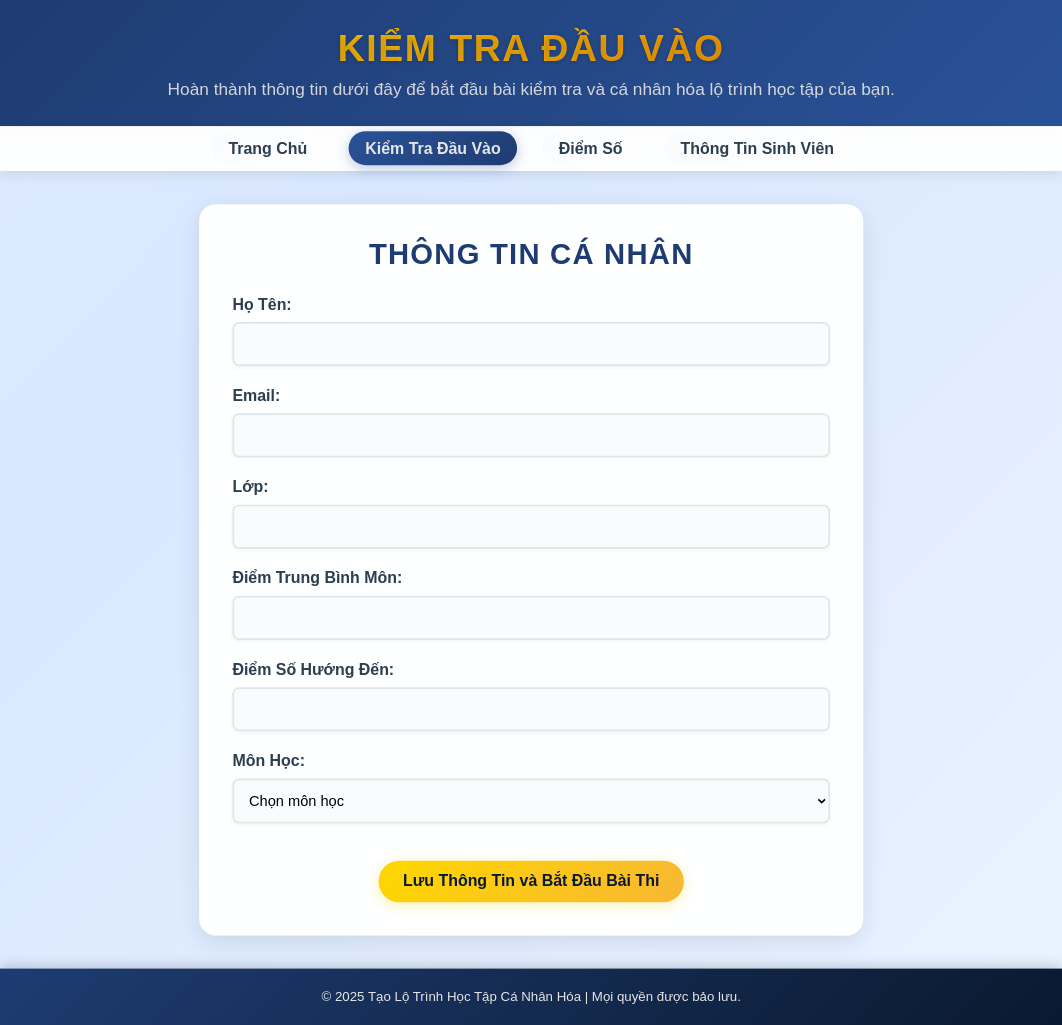
Repository: quankenda73/Prject_Final
Page: INDEX/input-test.html
An editor plug-in stored every save of this project. The page is shown before and after the next save, followed by the edit.
The browser window is 1280 px wide. The pictures show the whole page, at 83% of full size.

Above is the page before, as saved 2025-03-20 12:34:23.

After the next save:
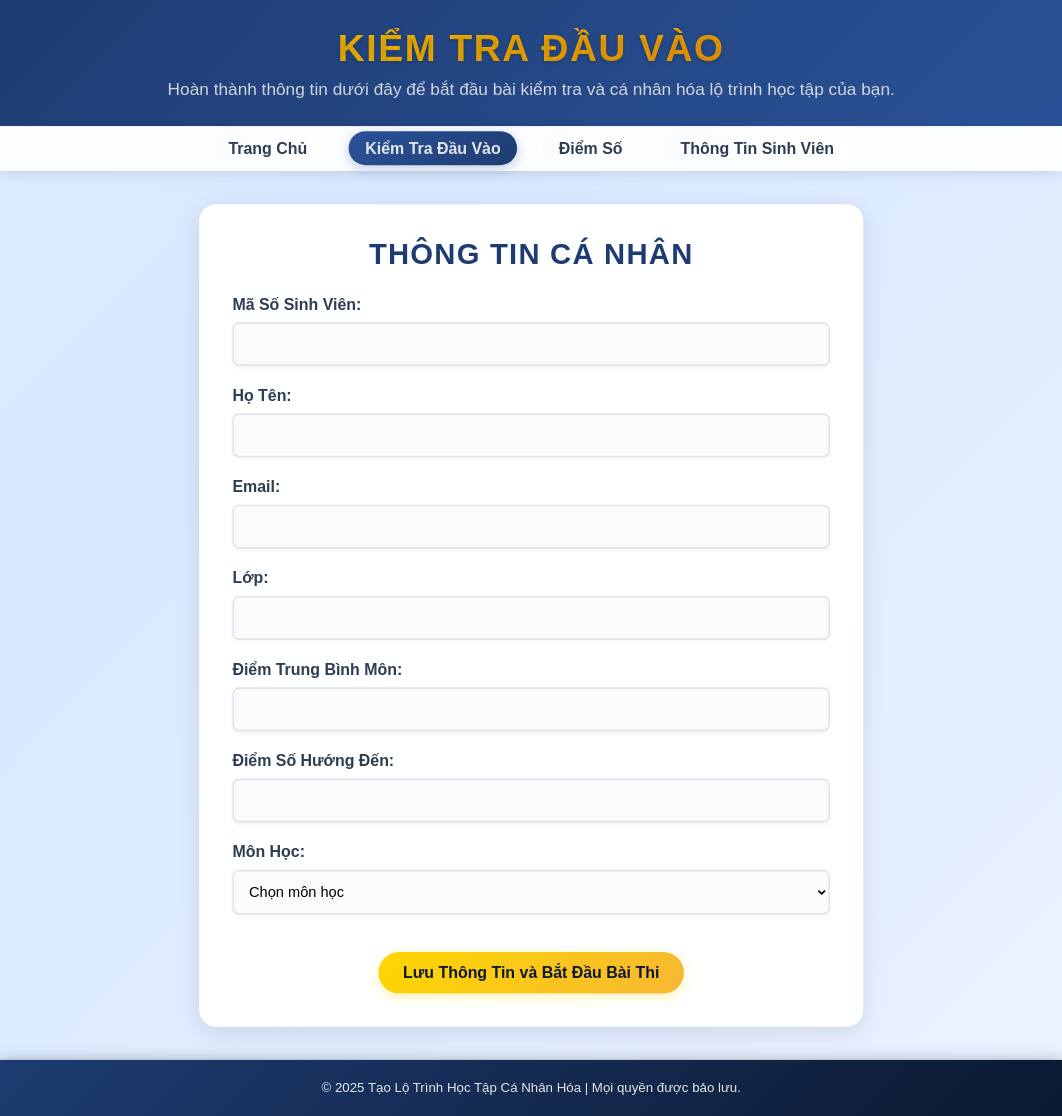
Saved 4 min 21 s later.
--- a/INDEX/input-test.html
+++ b/INDEX/input-test.html
@@ -42,7 +42,7 @@
 
 <nav>
     <ul class="nav-list">
-        <li><a href="Home_Page.html">Trang Chủ</a></li>
+        <li><a href="/home">Trang Chủ</a></li>
         <li><a href="/input-test" class="active">Kiểm Tra Đầu Vào</a></li>
         <li><a href="/diemdauvao">Điểm Số</a></li>
         <li><a href="/student-info">Thông Tin Sinh Viên</a></li>
@@ -53,6 +53,10 @@
     <section>
         <h2>Thông Tin Cá Nhân</h2>
         <form id="input-test-form">
+            <div class="form-group">
+                <label for="studentId">Mã Số Sinh Viên:</label>
+                <input type="text" id="studentId" name="studentId" required pattern="[A-Za-z0-9]+" title="Chỉ cho phép chữ và số">
+            </div>
             <div class="form-group">
                 <label for="name">Họ Tên:</label>
                 <input type="text" id="name" name="name" required>
@@ -97,54 +101,33 @@
     document.addEventListener("DOMContentLoaded", function() {
         const currentUser = JSON.parse(localStorage.getItem('currentUser')) || { id: "dummyUserId" }; // Giả lập user nếu không có backend
 
+        // Tự động điền thông tin nếu có
+        const urlParams = new URLSearchParams(window.location.search);
+        const studentIdFromUrl = urlParams.get('studentId');
+        if (studentIdFromUrl) {
+            document.getElementById('studentId').value = studentIdFromUrl;
+        }
+
         document.getElementById('input-test-form').addEventListener('submit', async function(event) {
             event.preventDefault();
 
-            const studentInfo = {
+            const formData = {
+                studentId: document.getElementById('studentId').value,
                 name: document.getElementById('name').value,
                 email: document.getElementById('email').value,
                 class: document.getElementById('class').value,
                 avgScore: parseFloat(document.getElementById('avg-score').value),
                 targetScore: parseFloat(document.getElementById('target-score').value),
                 subject: document.getElementById('subject').value,
-                userId: currentUser.id
+                userId: currentUser.id,
+                date: new Date().toISOString()
             };
 
-            if (!studentInfo.subject) {
-                alert('Vui lòng chọn môn học!');
-                return;
-            }
+            // Lưu thông tin vào localStorage để sử dụng ở trang điểm
+            localStorage.setItem('latestScore', JSON.stringify(formData));
 
-            try {
-                const response = await fetch('http://localhost:3000/api/students', {
-                    method: 'POST',
-                    headers: { 'Content-Type': 'application/json' },
-                    body: JSON.stringify(studentInfo)
-                });
-
-                const result = await response.json();
-                if (!response.ok) throw new Error(result.message || 'Lỗi khi lưu thông tin');
-
-                localStorage.setItem('currentStudent', JSON.stringify({
-                    studentId: result.student._id,
-                    name: studentInfo.name,
-                    subject: studentInfo.subject
-                }));
-
-                alert('Thông tin đã được lưu thành công!');
-                window.location.href = `testdauvao2.html?subject=${encodeURIComponent(studentInfo.subject)}&name=${encodeURIComponent(studentInfo.name)}&studentId=${result.student._id}`;
-            } catch (error) {
-                console.error('Error:', error);
-                // Giả lập lưu trữ nếu không có backend
-                const mockStudentId = 'mock_' + Date.now();
-                localStorage.setItem('currentStudent', JSON.stringify({
-                    studentId: mockStudentId,
-                    name: studentInfo.name,
-                    subject: studentInfo.subject
-                }));
-                alert('Thông tin đã được lưu (giả lập). Bạn muốn kiểm tra đầu vào với môn học nào?');
-                window.location.href = `testdauvao2.html?subject=${encodeURIComponent(studentInfo.subject)}&name=${encodeURIComponent(studentInfo.name)}&studentId=${mockStudentId}`;
-            }
+            // Chuyển hướng đến trang bài thi
+            window.location.href = `/test.html?subject=${formData.subject}&studentId=${formData.studentId}`;
         });
     });
 </script>

After the save that followed:
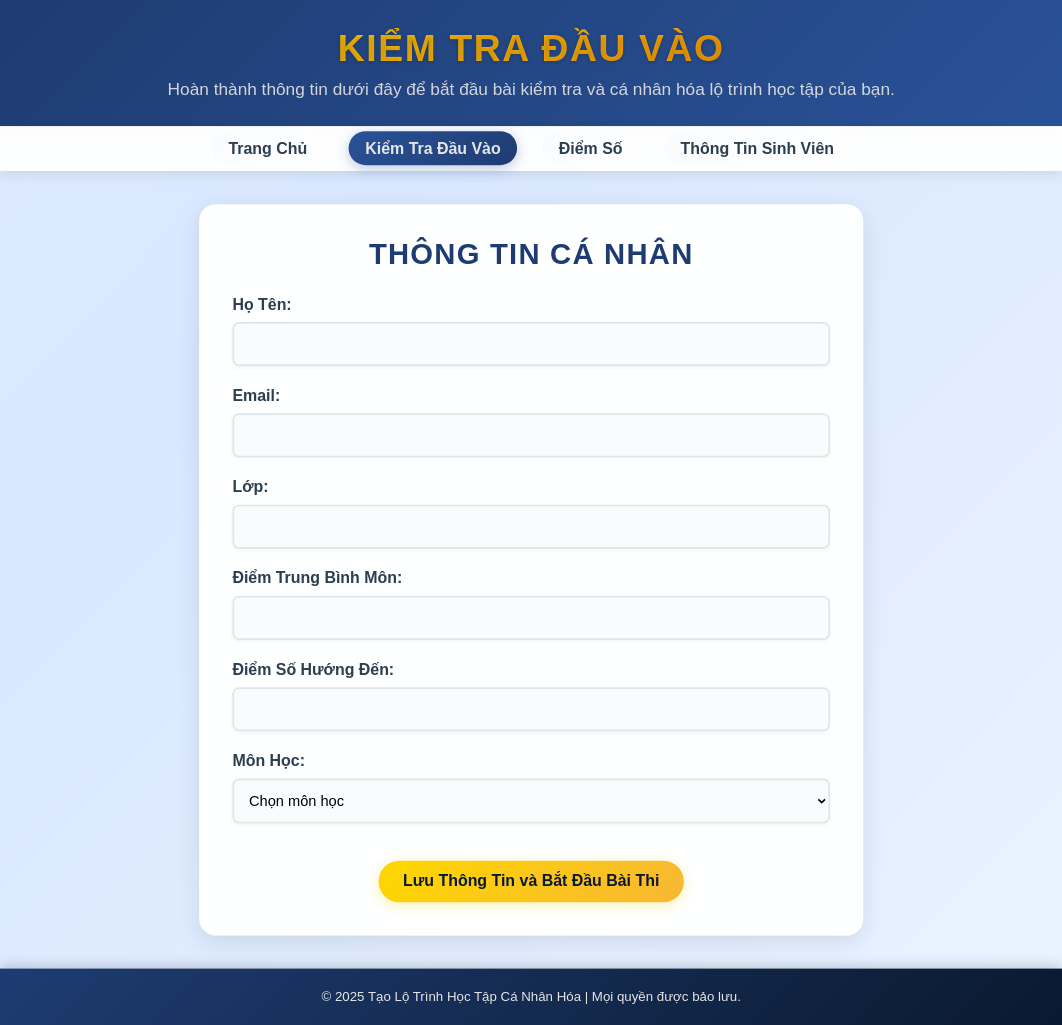
Saved 2 min 58 s later.
--- a/INDEX/input-test.html
+++ b/INDEX/input-test.html
@@ -42,7 +42,7 @@
 
 <nav>
     <ul class="nav-list">
-        <li><a href="/home">Trang Chủ</a></li>
+        <li><a href="Home_Page.html">Trang Chủ</a></li>
         <li><a href="/input-test" class="active">Kiểm Tra Đầu Vào</a></li>
         <li><a href="/diemdauvao">Điểm Số</a></li>
         <li><a href="/student-info">Thông Tin Sinh Viên</a></li>
@@ -53,10 +53,6 @@
     <section>
         <h2>Thông Tin Cá Nhân</h2>
         <form id="input-test-form">
-            <div class="form-group">
-                <label for="studentId">Mã Số Sinh Viên:</label>
-                <input type="text" id="studentId" name="studentId" required pattern="[A-Za-z0-9]+" title="Chỉ cho phép chữ và số">
-            </div>
             <div class="form-group">
                 <label for="name">Họ Tên:</label>
                 <input type="text" id="name" name="name" required>
@@ -101,33 +97,54 @@
     document.addEventListener("DOMContentLoaded", function() {
         const currentUser = JSON.parse(localStorage.getItem('currentUser')) || { id: "dummyUserId" }; // Giả lập user nếu không có backend
 
-        // Tự động điền thông tin nếu có
-        const urlParams = new URLSearchParams(window.location.search);
-        const studentIdFromUrl = urlParams.get('studentId');
-        if (studentIdFromUrl) {
-            document.getElementById('studentId').value = studentIdFromUrl;
-        }
-
         document.getElementById('input-test-form').addEventListener('submit', async function(event) {
             event.preventDefault();
 
-            const formData = {
-                studentId: document.getElementById('studentId').value,
+            const studentInfo = {
                 name: document.getElementById('name').value,
                 email: document.getElementById('email').value,
                 class: document.getElementById('class').value,
                 avgScore: parseFloat(document.getElementById('avg-score').value),
                 targetScore: parseFloat(document.getElementById('target-score').value),
                 subject: document.getElementById('subject').value,
-                userId: currentUser.id,
-                date: new Date().toISOString()
+                userId: currentUser.id
             };
 
-            // Lưu thông tin vào localStorage để sử dụng ở trang điểm
-            localStorage.setItem('latestScore', JSON.stringify(formData));
+            if (!studentInfo.subject) {
+                alert('Vui lòng chọn môn học!');
+                return;
+            }
 
-            // Chuyển hướng đến trang bài thi
-            window.location.href = `/test.html?subject=${formData.subject}&studentId=${formData.studentId}`;
+            try {
+                const response = await fetch('http://localhost:3000/api/students', {
+                    method: 'POST',
+                    headers: { 'Content-Type': 'application/json' },
+                    body: JSON.stringify(studentInfo)
+                });
+
+                const result = await response.json();
+                if (!response.ok) throw new Error(result.message || 'Lỗi khi lưu thông tin');
+
+                localStorage.setItem('currentStudent', JSON.stringify({
+                    studentId: result.student._id,
+                    name: studentInfo.name,
+                    subject: studentInfo.subject
+                }));
+
+                alert('Thông tin đã được lưu thành công!');
+                window.location.href = `testdauvao2.html?subject=${encodeURIComponent(studentInfo.subject)}&name=${encodeURIComponent(studentInfo.name)}&studentId=${result.student._id}`;
+            } catch (error) {
+                console.error('Error:', error);
+                // Giả lập lưu trữ nếu không có backend
+                const mockStudentId = 'mock_' + Date.now();
+                localStorage.setItem('currentStudent', JSON.stringify({
+                    studentId: mockStudentId,
+                    name: studentInfo.name,
+                    subject: studentInfo.subject
+                }));
+                alert('Thông tin đã được lưu (giả lập). Bạn muốn kiểm tra đầu vào với môn học nào?');
+                window.location.href = `testdauvao2.html?subject=${encodeURIComponent(studentInfo.subject)}&name=${encodeURIComponent(studentInfo.name)}&studentId=${mockStudentId}`;
+            }
         });
     });
 </script>
